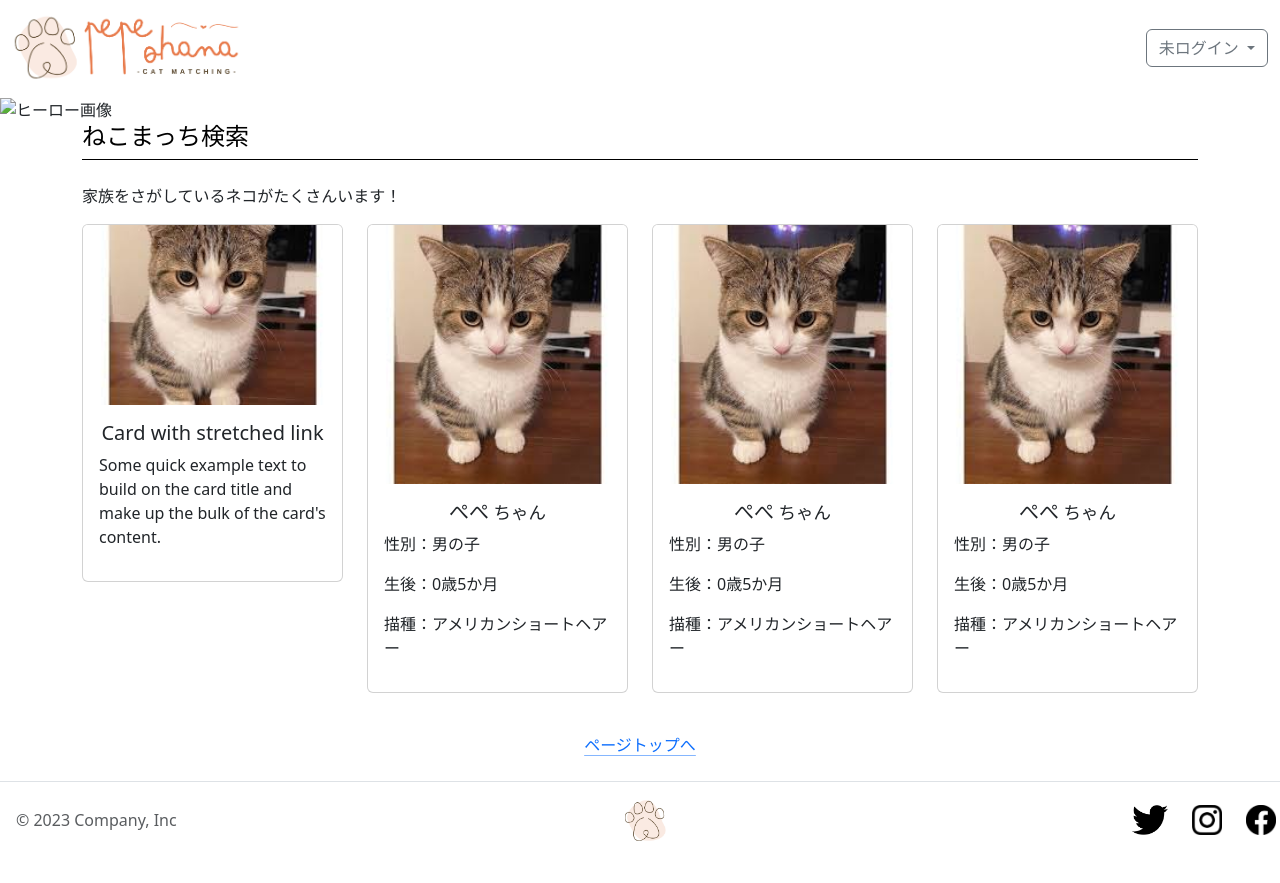
Repository: sakuwell/pepe
Page: http://localhost/PepeOhana/top.jsp
These files come from the project's save history. The page is drawn as it stood at one moment and after the next save; the edit follows.
The browser window is 1280 px wide. The pictures show the whole page.
The page is served by Tomcat 9. Other server files are loaded and not shown.

Above is the page before, as saved 2023-09-06 01:46:12.

### ExWorkSpace/PepeOhana/src/main/webapp/top.jsp
<%@ page language="java" contentType="text/html; charset=UTF-8"
    pageEncoding="UTF-8"%>
<%@ page import="model.UsersInfoDto" %>

<!DOCTYPE html>
<html lang="ja">
<head>
    <meta charset="UTF-8">
    <meta name="viewport" content="width=device-width, initial-scale=1.0">
    <!-- Bootstrap CSS -->
    <link href="https://cdn.jsdelivr.net/npm/bootstrap@5.3.0/dist/css/bootstrap.min.css" rel="stylesheet" integrity="sha384-9ndCyUaIbzAi2FUVXJi0CjmCapSmO7SnpJef0486qhLnuZ2cdeRhO02iuK6FUUVM" crossorigin="anonymous">
    <script src="https://cdn.jsdelivr.net/npm/bootstrap@5.3.0/dist/js/bootstrap.bundle.min.js" integrity="sha384-geWF76RCwLtnZ8qwWowPQNguL3RmwHVBC9FhGdlKrxdiJJigb/j/68SIy3Te4Bkz" crossorigin="anonymous"></script>
    <title>Top | pepeohana</title>
</head>

<%
    // セッションを取得
	UsersInfoDto userInfoOnSession = (UsersInfoDto)session.getAttribute("LOGIN_INFO");
	boolean isLoggedIn = false;
	String userName = "";
	//HttpSession mysession = request.getSession(true);

    // セッションが存在し、username属性もセットされている場合はログイン済み
    if (userInfoOnSession != null) {
		userName = userInfoOnSession.getUserName();
        isLoggedIn = true;
    }
%>

<body>
	<% if (isLoggedIn) { %>
    <!-- ログイン済ヘッダー -->
    <nav class="navbar navbar-expand-lg navbar-light bg-white">
        <div class="container-fluid">
            <a class="navbar-brand" href="#">
                <img src="images/pepe_ohana_logo.png" alt="ページロゴ" width="auto" height="70">
            </a>
            <div class="btn-group">
                <button type="button" class="btn btn-secondary dropdown-toggle" data-bs-toggle="dropdown" aria-expanded="false">
                    userName
                </button>
                <ul class="dropdown-menu dropdown-menu-end">
                    <li><a class="dropdown-item" href="#">マイページ</a></li>
                    <li><a class="dropdown-item" href="#">ログアウト</a></li>
                </ul>
            </div>
        </div>
    </nav>
    <!-- ログイン済ヘッダーここまで -->
    <% } else { %>
    <!-- 未ログインヘッダー -->
    <nav class="navbar navbar-expand-lg navbar-light bg-white">
        <div class="container-fluid">
          <a class="navbar-brand" href="#">
            <img src="images/pepe_ohana_logo.png" alt="ページロゴ" width="auto" height="70">
          </a>
          <div class="btn-group">
            <button type="button" class="btn btn-outline-secondary dropdown-toggle" data-bs-toggle="dropdown" aria-expanded="false">
              未ログイン
            </button>
            <ul class="dropdown-menu dropdown-menu-end">
              <li><a class="dropdown-item" href="#">ログイン</a></li>
              <li><a class="dropdown-item" href="#">新規ユーザー登録</a></li>
            </ul>
          </div>
        </div>
    </nav>
    <!-- 未ログインヘッダーここまで -->
    <% } %>


    <!-- ヒーロー画像 -->
    <img src="#" class="img-fluid" alt="ヒーロー画像">

    <!-- ここから下　ページごとの内容 -->
    <div>
        <!-- 検索フォームゾーン -->
        <div class="container">
            <div class="h4 pb-2 mb-4 text-black border-bottom border-black">
                ねこまっち検索
            </div>
                <p>家族をさがしているネコがたくさんいます！</p>
            <!-- 猫カード -->
            <div class="row">
 				<!-- カードのコンテンツ -->
               <!-- カードのコンテンツ -->
               <div class="col-6 col-md-4 col-lg-3">
                    <div class="card mb-3">
                        <img src="images/cat_1.jpg" style="height:180px; width: 100%; object-fit: cover;" class="card-img-top" alt="猫画像">
                        <div class="card-body">
                            <h5 class="card-title text-center">Card with stretched link</h5>
                            <p class="card-text text-right">Some quick example text to build on the card title and make up the bulk of the card's content.</p>
                            <div class="d-flex justify-content-center">
                                <a href="#" class="stretched-link"></a>
                            </div>
                        </div>
                    </div>
                </div>
 				<!-- カードのコンテンツ -->
                <div class="col-6 col-md-4 col-lg-3">
                    <div class="card mb-3">
                        <img src="images/ねこ_1.jpg" class="card-img-top" alt="猫画像" style="width:100%">
                        <div class="card-body">
                            <h5 class="card-title text-center">ぺぺ<small> ちゃん</small></h5>
                            <p class="card-text text-right">性別：男の子</p>
                            <p class="card-text text-right">生後：0歳5か月</p>
                            <p class="card-text text-right">描種：アメリカンショートヘアー</p>
                            <div class="d-flex justify-content-center">
                                <a href="#" class="stretched-link"></a>
                            </div>
                        </div>
                    </div>
                </div>
				<!-- カードのコンテンツ -->
                <div class="col-6 col-md-4 col-lg-3">
                    <div class="card mb-3">
                        <img src="images/ねこ_1.jpg" class="card-img-top" alt="猫画像" style="width:100%">
                        <div class="card-body">
                            <h5 class="card-title text-center">ぺぺ<small> ちゃん</small></h5>
                            <p class="card-text text-right">性別：男の子</p>
                            <p class="card-text text-right">生後：0歳5か月</p>
                            <p class="card-text text-right">描種：アメリカンショートヘアー</p>
                            <div class="d-flex justify-content-center">
                                <a href="#" class="stretched-link"></a>
                            </div>
                        </div>
                    </div>
                </div>
                <!-- カードのコンテンツ -->
                <div class="col-6 col-md-4 col-lg-3">
                    <div class="card mb-3">
                        <img src="images/ねこ_1.jpg" class="card-img-top" alt="猫画像" style="width:100%">
                        <div class="card-body">
                            <h5 class="card-title text-center">ぺぺ<small> ちゃん</small></h5>
                            <p class="card-text text-right">性別：男の子</p>
                            <p class="card-text text-right">生後：0歳5か月</p>
                            <p class="card-text text-right">描種：アメリカンショートヘアー</p>
                            <div class="d-flex justify-content-center">
                                <a href="#" class="stretched-link"></a>
                            </div>
                        </div>
                    </div>
                </div>
            </div>
        </div>
    </div>
    <!-- ここまで　ページごとの内容 -->

    <!-- フッター -->
    <div class="text-center mt-4">
        <a class="icon-link icon-link-hover" href="#">
            ページトップへ
        </a>
    </div>
    <footer class="d-flex flex-wrap justify-content-between align-items-center py-3 my-4 border-top">
        <div class="col-md-4 d-flex align-items-center ms-3">
          	<span class="mb-3 mb-md-0 text-body-secondary">© 2023 Company, Inc</span>
        </div>
        <div>
        	<a href="#"><img alt="ロゴ画像" src="images/nikukyu_logo.png" width="auto" height="45"></a>
   		</div>
        <ul class="nav col-md-4 justify-content-end list-unstyled d-flex me-1">
            <li><a href="#"><img src=images/twitter_logo.png width="auto" height="30"></a></li>
            <li class="ms-4"><a href="#"><img src=images/insta_logo.png width="auto" height="30"></a></li>
            <li class="ms-4"><a href="#"><img src=images/facebook_logo.png width="auto" height="30"></a></li>
        </ul>
    </footer>
    <!-- フッター　ここまで -->

</body>
</html>

After the next save:
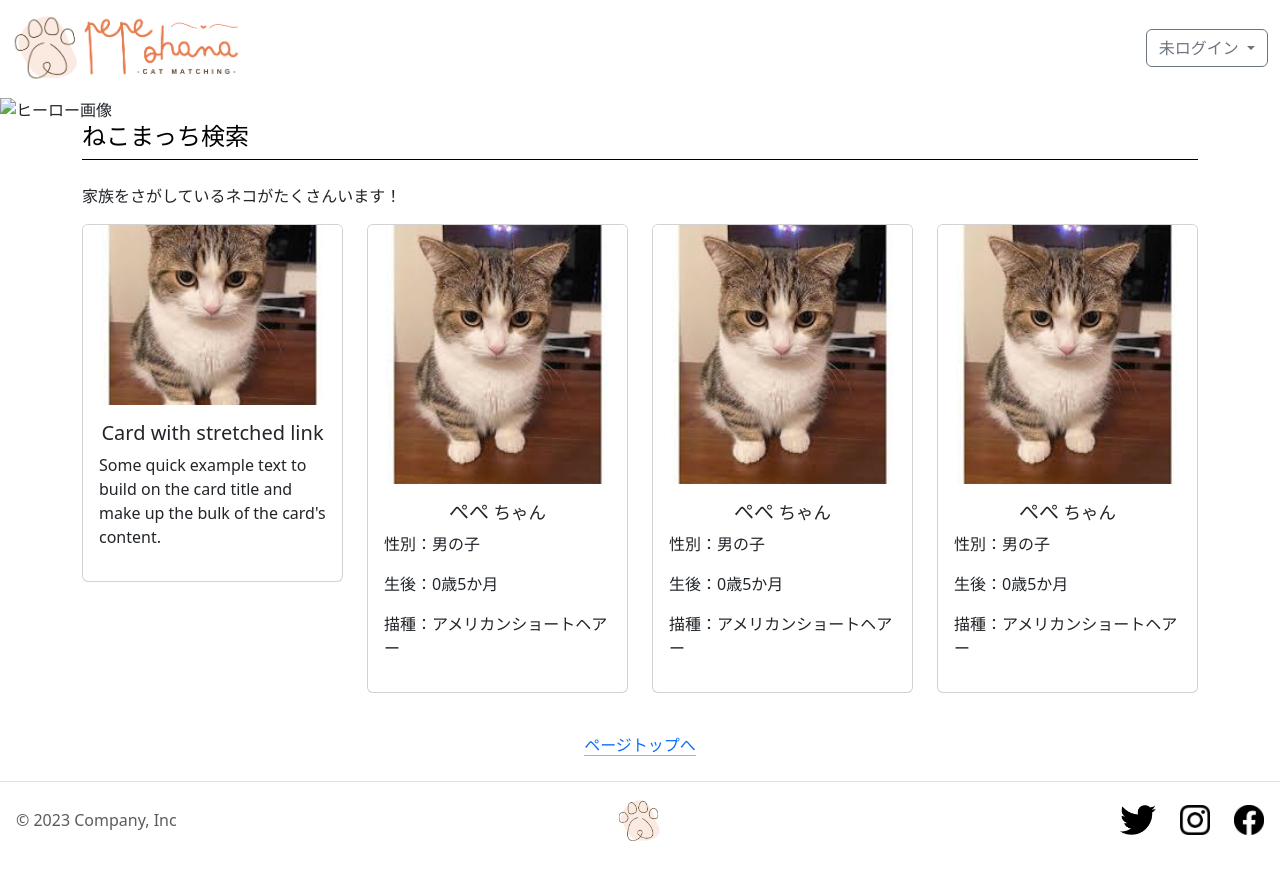
Saved 28 s later.
--- a/ExWorkSpace/PepeOhana/src/main/webapp/top.jsp
+++ b/ExWorkSpace/PepeOhana/src/main/webapp/top.jsp
@@ -159,7 +159,7 @@
         <div>
         	<a href="#"><img alt="ロゴ画像" src="images/nikukyu_logo.png" width="auto" height="45"></a>
    		</div>
-        <ul class="nav col-md-4 justify-content-end list-unstyled d-flex me-1">
+        <ul class="nav col-md-4 justify-content-end list-unstyled d-flex me-3">
             <li><a href="#"><img src=images/twitter_logo.png width="auto" height="30"></a></li>
             <li class="ms-4"><a href="#"><img src=images/insta_logo.png width="auto" height="30"></a></li>
             <li class="ms-4"><a href="#"><img src=images/facebook_logo.png width="auto" height="30"></a></li>
